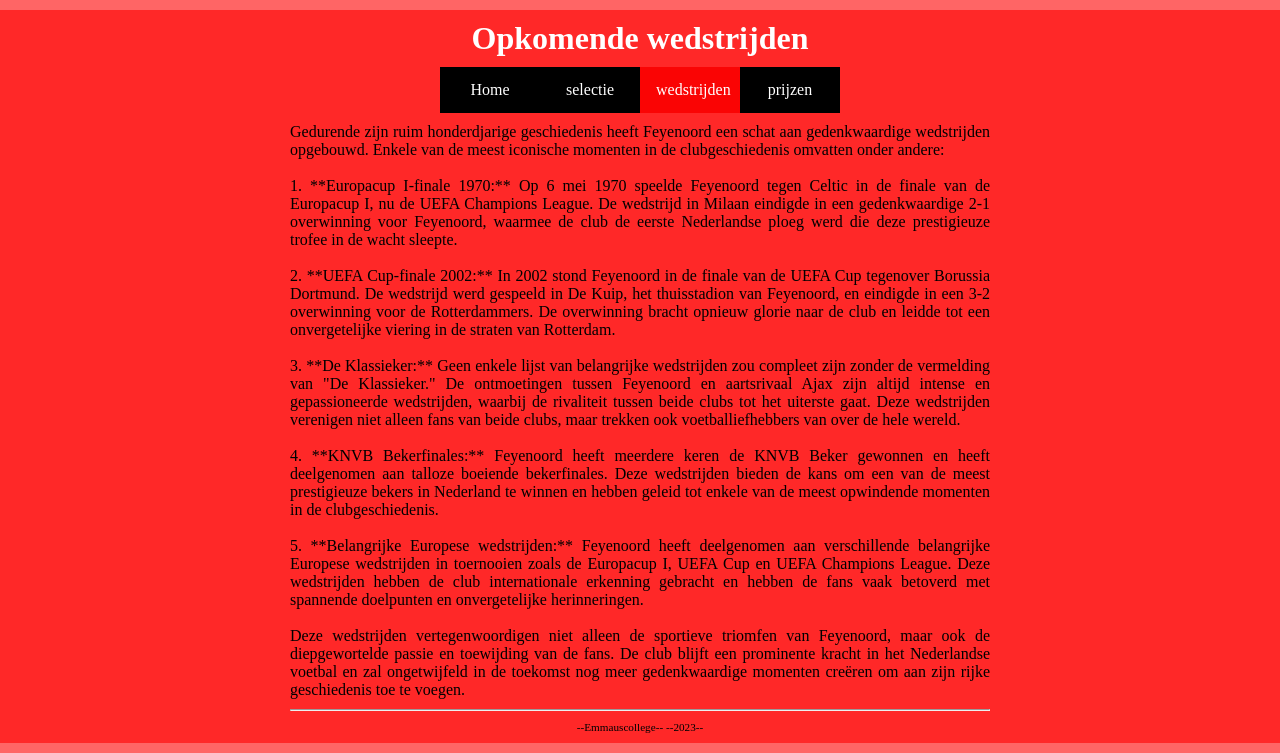
Repository: Manoize/ManoIze
Page: info.html
These files come from the project's save history. The page is drawn as it stood at one moment and after the next save; the edit follows.
The browser window is 1280 px wide. The pictures show the whole page.

Above is the page before, as saved 2023-10-24 10:29:46.

### info.html
<!DOCTYPE html>

<html lang="nl">

<head>
  <link rel="stylesheet" href="style.css" />
  <title>Dit is een eenvoudige website</title>
  <meta charset="UTF-8" />
</head>

<body>
  <div class="page">

    <header>
      <h1>Opkomende wedstrijden</h1>
    </header>

    <nav>
      <ul>
        <li><a  href="index.html">Home</a></li>
        <li><a href="overmij.html">selectie</a></li>
        <li><a class="active" href="info.html">wedstrijden</a></li>
        <li><a href="prijzen.html">prijzen</a></li>
      </ul>
    </nav>

    <main>
      <p>Gedurende zijn ruim honderdjarige geschiedenis heeft Feyenoord een schat aan gedenkwaardige wedstrijden opgebouwd. Enkele van de meest iconische momenten in de clubgeschiedenis omvatten onder andere:<br>
        <br>
        1. **Europacup I-finale 1970:** Op 6 mei 1970 speelde Feyenoord tegen Celtic in de finale van de Europacup I, nu de UEFA Champions League. De wedstrijd in Milaan eindigde in een gedenkwaardige 2-1 overwinning voor Feyenoord, waarmee de club de eerste Nederlandse ploeg werd die deze prestigieuze trofee in de wacht sleepte.<br>
        <br>
        2. **UEFA Cup-finale 2002:** In 2002 stond Feyenoord in de finale van de UEFA Cup tegenover Borussia Dortmund. De wedstrijd werd gespeeld in De Kuip, het thuisstadion van Feyenoord, en eindigde in een 3-2 overwinning voor de Rotterdammers. De overwinning bracht opnieuw glorie naar de club en leidde tot een onvergetelijke viering in de straten van Rotterdam.<br>
        <br>
        3. **De Klassieker:** Geen enkele lijst van belangrijke wedstrijden zou compleet zijn zonder de vermelding van "De Klassieker." De ontmoetingen tussen Feyenoord en aartsrivaal Ajax zijn altijd intense en gepassioneerde wedstrijden, waarbij de rivaliteit tussen beide clubs tot het uiterste gaat. Deze wedstrijden verenigen niet alleen fans van beide clubs, maar trekken ook voetballiefhebbers van over de hele wereld.<br>
        <br>
        4. **KNVB Bekerfinales:** Feyenoord heeft meerdere keren de KNVB Beker gewonnen en heeft deelgenomen aan talloze boeiende bekerfinales. Deze wedstrijden bieden de kans om een van de meest prestigieuze bekers in Nederland te winnen en hebben geleid tot enkele van de meest opwindende momenten in de clubgeschiedenis.<br>
        <br>
        5. **Belangrijke Europese wedstrijden:** Feyenoord heeft deelgenomen aan verschillende belangrijke Europese wedstrijden in toernooien zoals de Europacup I, UEFA Cup en UEFA Champions League. Deze wedstrijden hebben de club internationale erkenning gebracht en hebben de fans vaak betoverd met spannende doelpunten en onvergetelijke herinneringen.<br>
        <br>
        Deze wedstrijden vertegenwoordigen niet alleen de sportieve triomfen van Feyenoord, maar ook de diepgewortelde passie en toewijding van de fans. De club blijft een prominente kracht in het Nederlandse voetbal en zal ongetwijfeld in de toekomst nog meer gedenkwaardige momenten creëren om aan zijn rijke geschiedenis toe te voegen.<br> </p>
    </main>

    <footer>
      <hr />
      <p class="smalltext">--Emmauscollege-- --2023--</p>
    </footer>

</div>
</body>

</html>

### style.css
/* Instellingen tussen commentaar zijn handig om fouten te helpen vinden, uncomment om aan te zetten */

/* zorg dat elke box een gestippelde rand krijgt,
   zodat je de afmeting goed kunt zien,
   letop 1: dit kan de layout soms kan wijzigen
   letop 2: laat 1 sterretje voor { staan als je commentaar weghaalt */
/*  * {border: 1px dotted black;}   */

/* zorg dat elke box een doorzichtige donkere achtergrond krijgt,
   hoe meer boxen in elkaar hoe donkerder de achtergrondkleur
   letop: laat 1 sterretje voor { staan als je commentaar weghaalt */
/*  * {background-color: rgba(0,0,0,5%);}  */

/* Basisinstellingen voor alle pagina's, alleen aanpassen als je pro wilt worden */

* {                                        /* geldt voor alles */
  box-sizing: border-box;                  /* zorg dat border meetelt bij de width en height van boxen */
  margin: 0px;                             /* standaard marge 0 */
}

html, body {                      /* geldt voor html en body */
  margin: 0px;                    /* standaard marge 0 */
  background-color: #ff00009a;    /* achtergrondkleur lichtgrijs */
  color: #000000;               /* tekstkleur donkergrijs */
}




div {                             /* geldt voor div */
  overflow: hidden;               /* zorgt dat DIV de hoogte krijgt van wat erin zit (anders tellen de floats erin niet mee voor de hoogte en wordt dus wel eens hoogte 0) */
}

/* Indeling voor alle pagina's */

.page {
  width: 700px;                   /* vaste breedte van 700 pixels */
  margin: 10px auto;              /* boven en onder 10 pixels marge, links en rechts marge gelijk verdeeld (gecentreerd) */
}

header, footer {                  /* geldt voor header en footer */
  margin: 10px 0px;
}

main {
  text-align: justify;            /* tekst uitvullen */}

h1, h2, h3 {                      /* geldt voor h1 en h2 en h3 */
  margin: 10px 0px;
  text-align: center;             /* tekst centreren */
}

p {
  margin: 10px 0px;
  text-align: justify;            /* tekst links en rechts uitvullen */
}

img {
  margin: 10px 0px;
}

/* Indeling voor hoofd pagina */

/* .item {} */ /* hier doen we nog niks mee, dat mag je zelf toevoegen */

.item-plaatje {
  float:left;
  width:250px;
  padding-right: 15px; /* zorgt dat plaatje niet tegen tekst komt */
}
.item-tekst {
  float:right;
  width: 450px;
}

/* Indeling voor sub pagina */

/* Opmaak voor alle pagina's */

h1, h2, h3 {
      color: rgb(255, 255, 255);
}

.smalltext {
    text-align: center;
    font-size: 0.7em;
}

a {
    color: rgb(255, 255, 255);
    text-decoration: none;
}

a:hover {
    text-decoration: underline;
}

/* Opmaak voor sub pagina's */

/* Navigatiebalk voor alle pagina's */
nav ul {
    list-style-type: none;
    margin: auto;
    padding: 0;
    width: 400px;
    background-color: #000000;
    overflow: hidden;
}

nav ul li {
    float: left;

}

nav li a {
    display: block;
    color: white;
    text-align: center;
    padding: 14px 16px;
    width: 100px;
    text-decoration: none;
}

nav li a:hover {
    background-color: #808080;
}

nav li a.active {
    background-color: rgb(250, 4, 4);
}

After the next save:
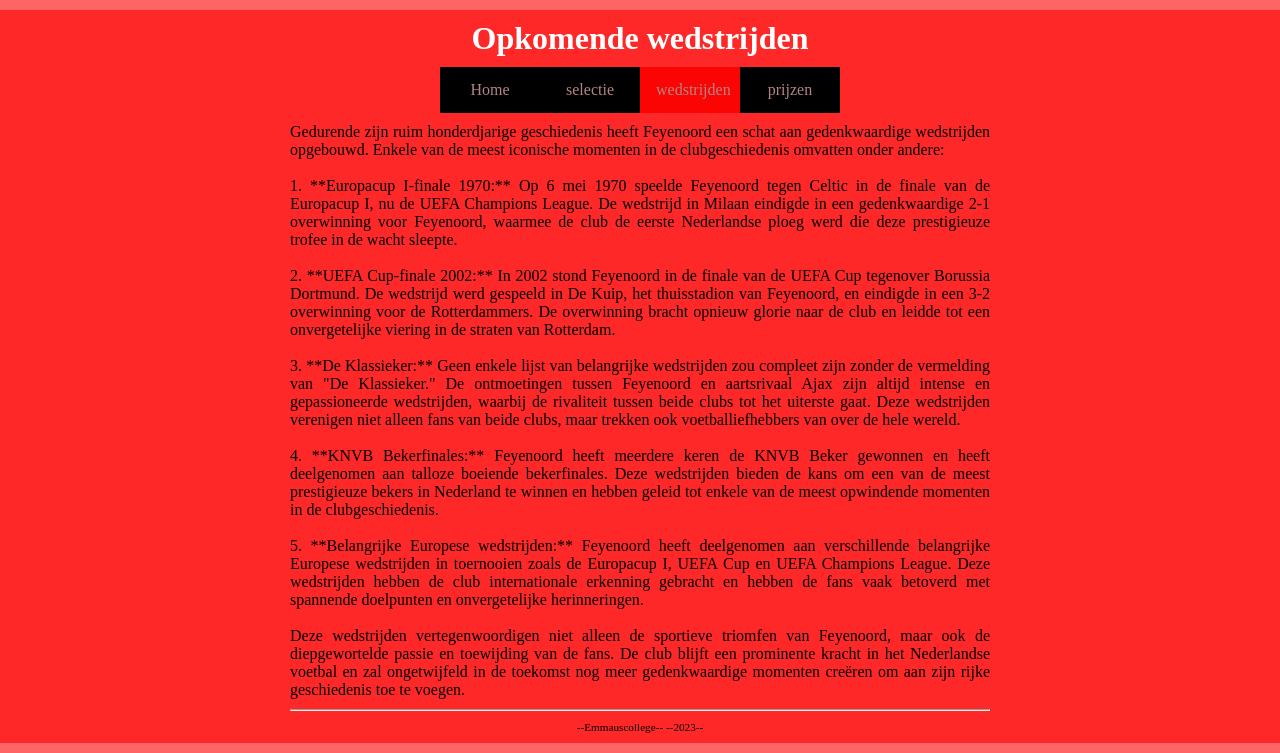
Saved 13 s later.
--- a/style.css
+++ b/style.css
@@ -114,7 +114,7 @@
 
 nav li a {
     display: block;
-    color: white;
+    color: rgb(179, 132, 132);
     text-align: center;
     padding: 14px 16px;
     width: 100px;

After the save that followed:
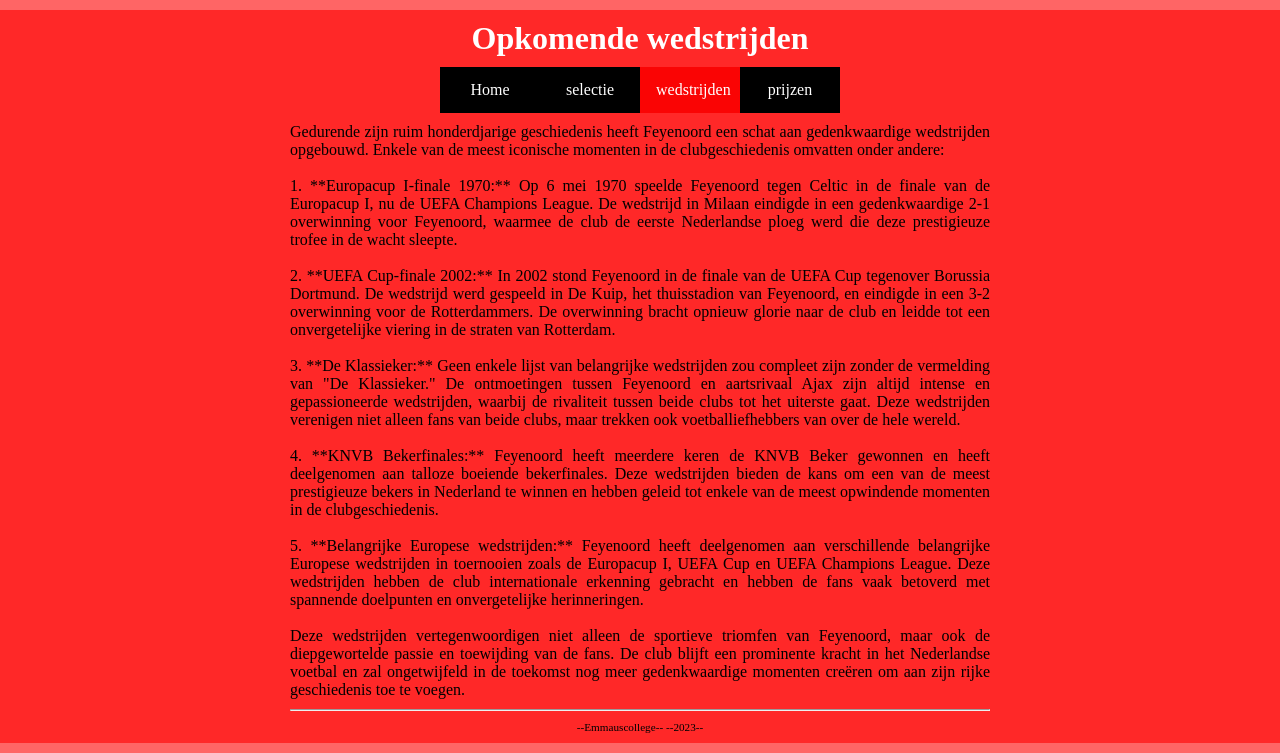
Saved 11 s later.
--- a/style.css
+++ b/style.css
@@ -114,7 +114,7 @@
 
 nav li a {
     display: block;
-    color: rgb(179, 132, 132);
+    color: rgb(255, 255, 255);
     text-align: center;
     padding: 14px 16px;
     width: 100px;
